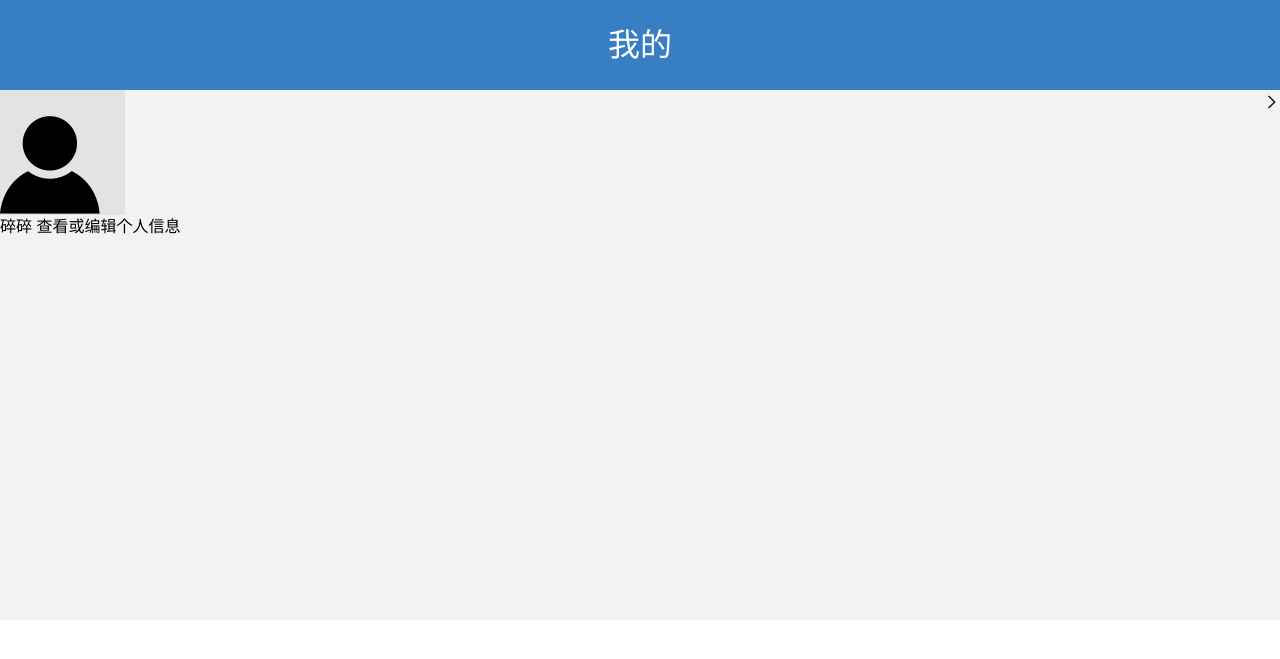
Repository: A1LExX/H5_study_set
Page: myProfile/index.html
These files come from the project's save history. The page is drawn as it stood at one moment and after the next save; the edit follows.
The browser window is 1280 px wide. The pictures show the whole page.

Above is the page before, as saved 2021-07-12 20:05:24.

After the next save:
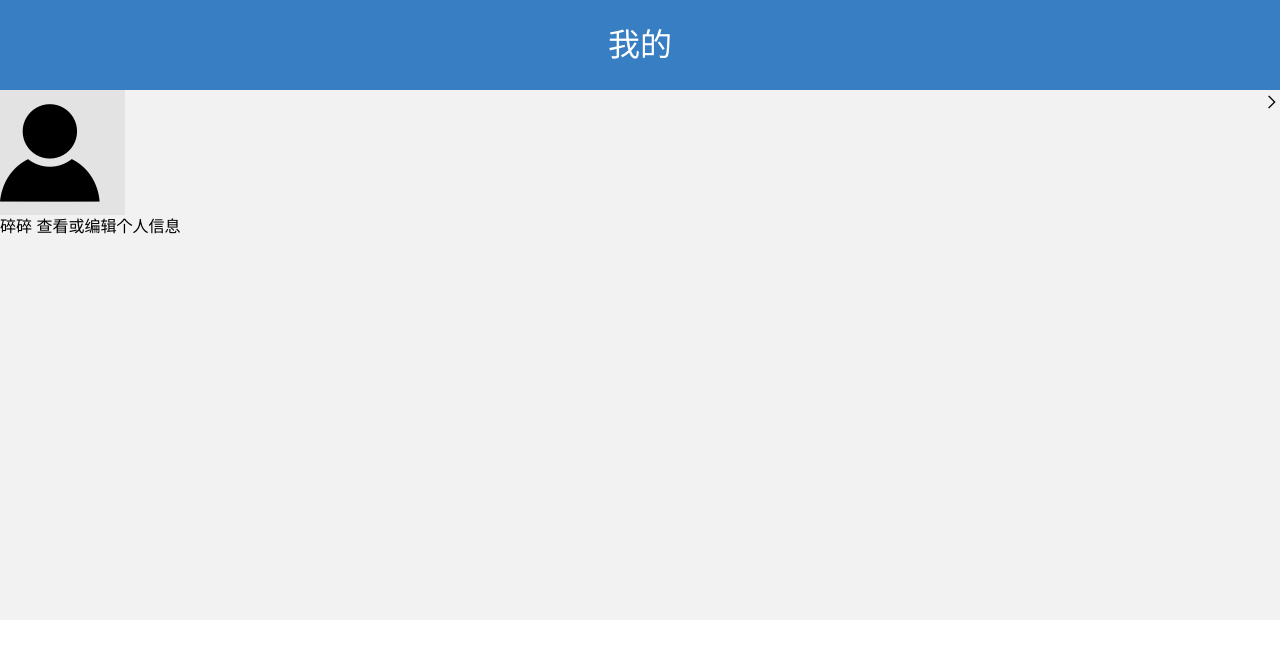
Saved 21 s later.
--- a/myProfile/css/index.css
+++ b/myProfile/css/index.css
@@ -2,7 +2,7 @@
  * @author [Alex Wei]
  * @email [w2262196@outlook.com]
  * @create date 2021-07-12 19:23:21
- * @modify date 2021-07-12 20:05:24
+ * @modify date 2021-07-12 20:05:45
  * @desc [description]
  */
 html, body{
@@ -46,6 +46,8 @@ body{
 
 .icon-icontouxiang{
     font-size: 1rem;
+    line-height: 1.25rem;
+    text-align: center;
 }
 
 #footer{
